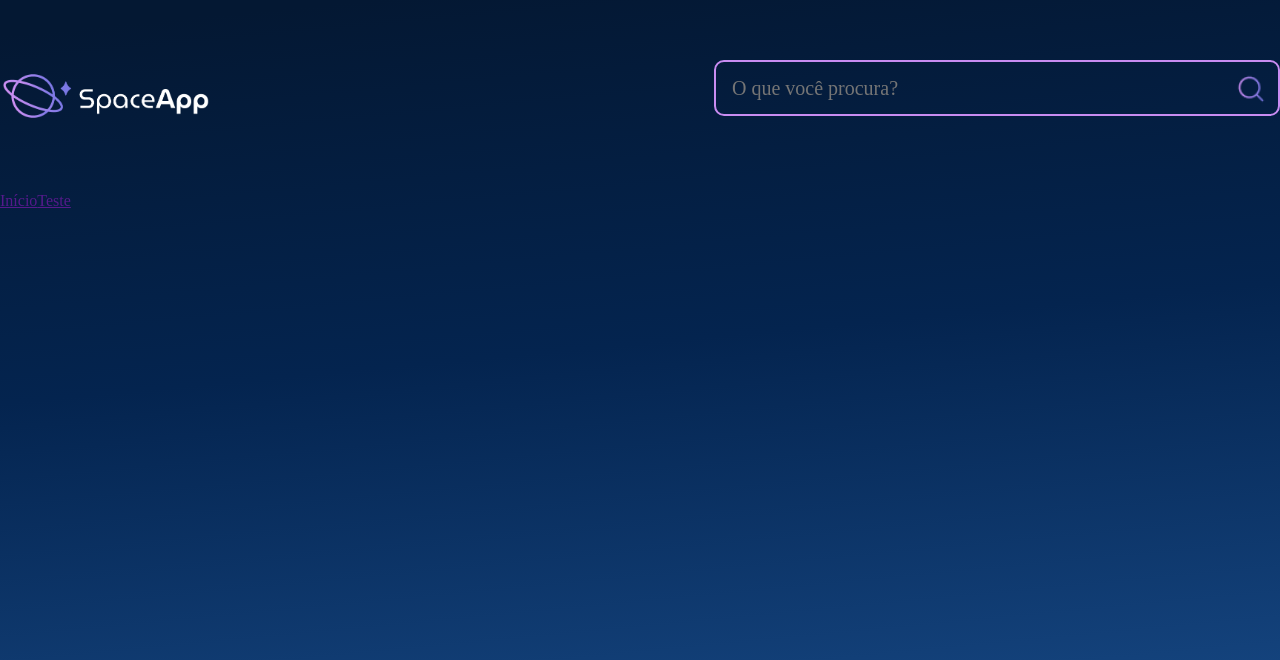
Repository: humbertobrasileiro/space-app
Page: /
An editor plug-in stored every save of this project. The page is shown before and after the next save, followed by the edit.
The browser window is 1280 px wide. The pictures show the whole page.
The project was rebuilt for these pictures with package versions that can differ from the ones it lists, and the page was loaded fresh each time. Also part of the build but not shown: vite.config.js.

Above is the page before, as saved 2025-02-26 21:26:23.

After the next save:
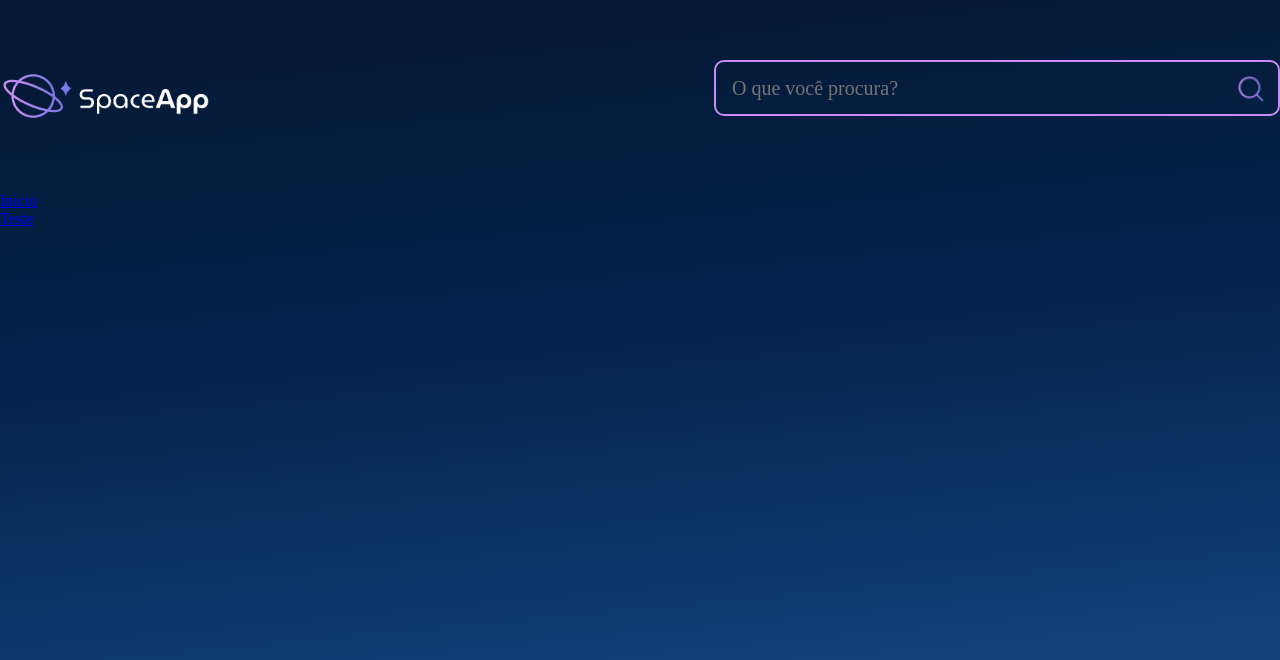
Saved 30 s later.
--- a/src/componentes/BarraLateral/index.jsx
+++ b/src/componentes/BarraLateral/index.jsx
@@ -12,10 +12,13 @@ const BarraLateral = () => {
       <nav>
         <ListaEstilizada>
           <li>
-            <a href=''>Início</a>
-            <a href=''>Teste</a>
+            <a href='#'>Início</a>
           </li>
-        </ListaEstilizada>
+          <li>
+
+          <a href='#'>Teste</a>
+          </li>
+          </ListaEstilizada>
       </nav>
     </aside>
   )
